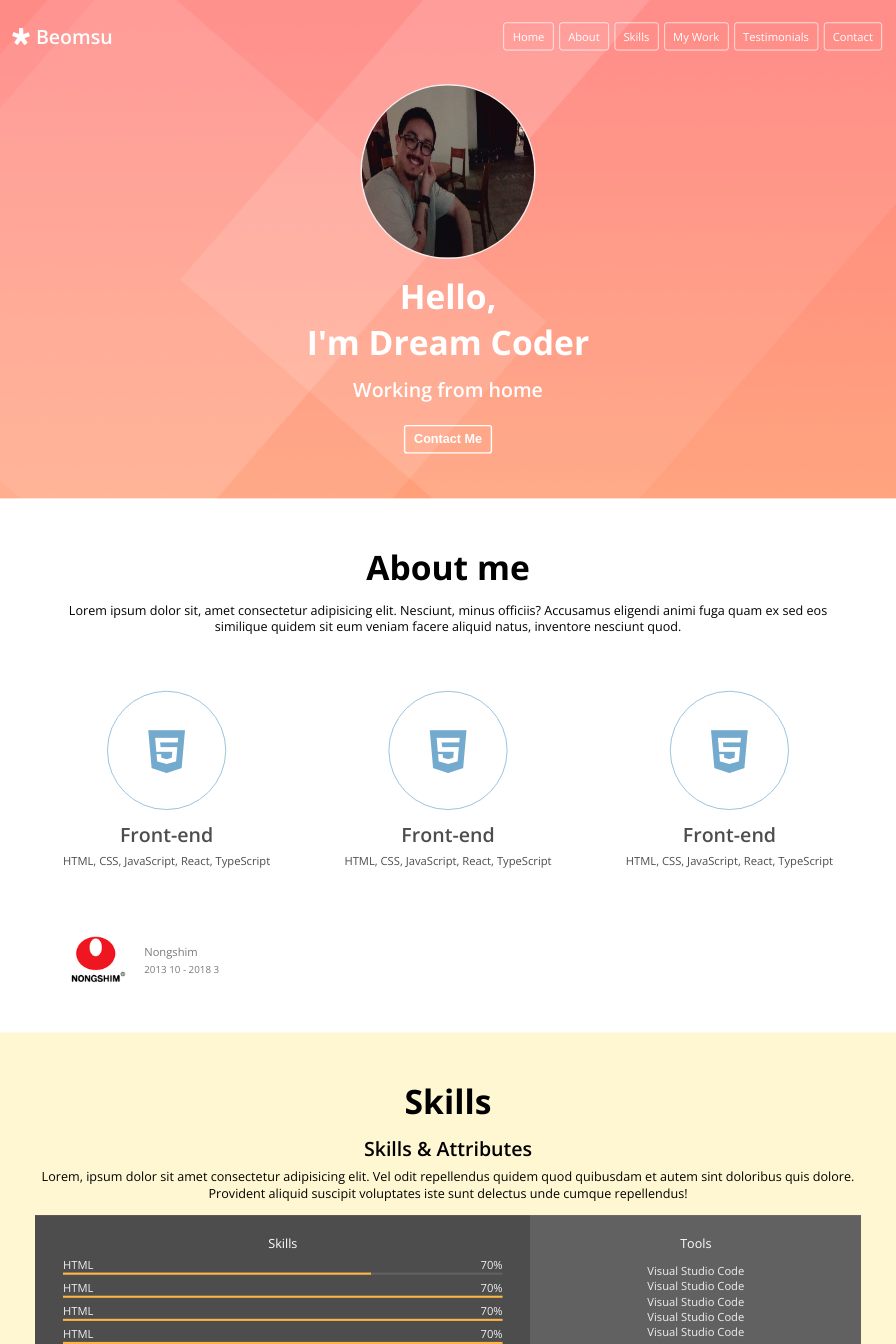
Repository: beomsu9696/Dream_Coding_Academy4
Page: index.html
These files come from the project's save history. The page is drawn as it stood at one moment and after the next save; the edit follows.
The browser window is 1280 px wide. The pictures show the part of the page from y = 0 to 1920 px (the page is 4082 px tall), at 70% of full size.
Some web libraries are served in a nearby version.

Above is the page before, as saved 2021-01-26 19:46:38.

### index.html
<!DOCTYPE html>
<html lang="en">
  <head>
    <meta charset="UTF-8" />
    <meta name="viewport" content="width=device-width, initial-scale=1.0" />
    <title>Portfolio</title>
    <meta name="description" content="Portfolio" />
    <meta name="author" content="Beomsu" />
    <link rel="icon" type="image/png" href="images/favicon.png" />
    <script
      src="https://kit.fontawesome.com/c90a48a564.js"
      crossorigin="anonymous"
    ></script>
    <link rel="preconnect" href="https://fonts.gstatic.com" />
    <link
      href="https://fonts.googleapis.com/css2?family=Open+Sans:wght@400;600;700&display=swap"
      rel="stylesheet"
    />
    <link rel="stylesheet" href="style.css" />
    <script src="main.js" defer></script>
  </head>
  <body>
    <!-- Navbar -->
    <nav id="navbar">
      <div class="navbar__logo">
        <i class="fab fa-diaspora"></i>
        <a href="#">Beomsu</a>
      </div>
      <ul class="navbar__menu">
        <li class="navbar__menu__item active" data-link="#home">Home</li>
        <li class="navbar__menu__item" data-link="#about">About</li>
        <li class="navbar__menu__item" data-link="#skills">Skills</li>
        <li class="navbar__menu__item" data-link="#work">My Work</li>
        <li class="navbar__menu__item" data-link="#testimonials">
          Testimonials
        </li>
        <li class="navbar__menu__item" data-link="#contact">Contact</li>
      </ul>
      <!-- Togglle button -->
      <button class="navbar__toggle-btn">
        <i class="fas fa-bars"></i>
      </button>
    </nav>
    <!-- Home -->
    <section id="home">
      <div class="home__container">
        <img
          src="images/profile.JPG"
          alt="Beomsu's profile photo"
          class="home__avatar"
        />
        <h1 class="home__title">Hello, <br />I'm Dream Coder</h1>
        <h2 class="home__description">Working from home</h2>
        <button class="home__contact">Contact Me</button>
      </div>
    </section>
    <!-- About -->
    <section id="about" class="section section__container">
      <h1>About me</h1>
      <p>
        Lorem ipsum dolor sit, amet consectetur adipisicing elit. Nesciunt,
        minus officiis? Accusamus eligendi animi fuga quam ex sed eos similique
        quidem sit eum veniam facere aliquid natus, inventore nesciunt quod.
      </p>
      <div class="about__majors">
        <div class="major">
          <div class="major__icon">
            <i class="fab fa-html5"></i>
          </div>
          <h2 class="major__title">Front-end</h2>
          <div class="major__description">
            HTML, CSS, JavaScript, React, TypeScript
          </div>
        </div>
        <div class="major">
          <div class="major__icon">
            <i class="fab fa-html5"></i>
          </div>
          <h2 class="major__title">Front-end</h2>
          <div class="major__description">
            HTML, CSS, JavaScript, React, TypeScript
          </div>
        </div>
        <div class="major">
          <div class="major__icon">
            <i class="fab fa-html5"></i>
          </div>
          <h2 class="major__title">Front-end</h2>
          <div class="major__description">
            HTML, CSS, JavaScript, React, TypeScript
          </div>
        </div>
      </div>
      <div class="about__jobs">
        <div class="job">
          <img
            src="images/jobs/logo-nongshim.png"
            alt="nongshim"
            class="job__logo"
          />
          <div class="job__description">
            <p class="job__name">Nongshim</p>
            <p class="job__period">2013 10 - 2018 3</p>
          </div>
        </div>
        <div class="job">
          <img src="" alt="" class="job__logo" />
          <div class="job__description">
            <p class="job__name"></p>
            <p class="job__period"></p>
          </div>
        </div>
      </div>
    </section>
    <!-- Skills -->
    <section id="skills" class="section">
      <div class="section__container">
        <h1>Skills</h1>
        <h2>Skills & Attributes</h2>
        <p>
          Lorem, ipsum dolor sit amet consectetur adipisicing elit. Vel odit
          repellendus quidem quod quibusdam et autem sint doloribus quis dolore.
          Provident aliquid suscipit voluptates iste sunt delectus unde cumque
          repellendus!
        </p>
        <div class="skillset">
          <div class="skillset__left">
            <h3 class="skillset__title">Skills</h3>
            <div class="skill">
              <div class="skill__description">
                <span>HTML</span>
                <span>70%</span>
              </div>
              <!-- <progress value="70" max="100"></progress> -->
              <div class="skill__bar">
                <div class="skill__value" style="width: 70%"></div>
              </div>
            </div>
            <div class="skill">
              <div class="skill__description">
                <span>HTML</span>
                <span>70%</span>
              </div>
              <div class="skill__bar">
                <div class="skill__value"></div>
              </div>
            </div>
            <div class="skill">
              <div class="skill__description">
                <span>HTML</span>
                <span>70%</span>
              </div>
              <div class="skill__bar">
                <div class="skill__value"></div>
              </div>
            </div>
            <div class="skill">
              <div class="skill__description">
                <span>HTML</span>
                <span>70%</span>
              </div>
              <div class="skill__bar">
                <div class="skill__value"></div>
              </div>
            </div>
            <div class="skill">
              <div class="skill__description">
                <span>HTML</span>
                <span>70%</span>
              </div>
              <div class="skill__bar">
                <div class="skill__value"></div>
              </div>
            </div>
          </div>
          <div class="skillset__right">
            <div class="tools">
              <h3 class="skillset__title">Tools</h3>
              <ul class="tools__list">
                <li><span>Visual Studio Code</span></li>
                <li><span>Visual Studio Code</span></li>
                <li><span>Visual Studio Code</span></li>
                <li><span>Visual Studio Code</span></li>
                <li><span>Visual Studio Code</span></li>
              </ul>
            </div>
            <div class="etc">
              <h3 class="skillset__title">Etc</h3>
              <ul class="etc__list">
                <li><span>Git</span></li>
                <li><span>Git</span></li>
                <li><span>Git</span></li>
              </ul>
            </div>
          </div>
        </div>
      </div>
    </section>
    <!-- Work -->
    <section id="work" class="section">
      <div class="section__container">
        <h1>My work</h1>
        <h3>Projects</h3>
        <div class="work__categories">
          <button class="category__btn active" data-filter="*">
            All <span class="category__count">8</span>
          </button>
          <button class="category__btn" data-filter="front-end1">
            Front-end <span class="category__count">1</span>
          </button>
          <button class="category__btn" data-filter="front-end2">
            Front-end <span class="category__count">1</span>
          </button>
          <button class="category__btn" data-filter="front-end3">
            Front-end <span class="category__count">1</span>
          </button>
        </div>
        <div class="work__projects">
          <a href="#" class="project" target="_blank" data-type="front-end1">
            <img
              class="project__img"
              src="images/projects/project1.png"
              alt="Project1"
            />
            <div class="project__description">
              <h3>Project</h3>
              <span>Clone coding with HTML and CSS</span>
            </div>
          </a>
          <a href="#" class="project" target="_blank" data-type="front-end2">
            <img
              class="project__img"
              src="images/projects/project2.png"
              alt="Project2"
            />
            <div class="project__description">
              <h3>Project</h3>
              <span>Clone coding with HTML and CSS</span>
            </div>
          </a>
          <a href="#" class="project" target="_blank" data-type="front-end3">
            <img
              class="project__img"
              src="images/projects/project3.png"
              alt="Project3"
            />
            <div class="project__description">
              <h3>Project</h3>
              <span>Clone coding with HTML and CSS</span>
            </div>
          </a>
          <a href="#" class="project" target="_blank">
            <img
              class="project__img"
              src="images/projects/project4.png"
              alt="Project4"
            />
            <div class="project__description">
              <h3>Project</h3>
              <span>Clone coding with HTML and CSS</span>
            </div>
          </a>
          <a href="#" class="project" target="_blank">
            <img
              class="project__img"
              src="images/projects/project5.png"
              alt="Project5"
            />
            <div class="project__description">
              <h3>Project</h3>
              <span>Clone coding with HTML and CSS</span>
            </div>
          </a>
          <a href="#" class="project" target="_blank">
            <img
              class="project__img"
              src="images/projects/project6.png"
              alt="Project6"
            />
            <div class="project__description">
              <h3>Project</h3>
              <span>Clone coding with HTML and CSS</span>
            </div>
          </a>
          <a href="#" class="project" target="_blank">
            <img
              class="project__img"
              src="images/projects/project7.png"
              alt="Project7"
            />
            <div class="project__description">
              <h3>Project</h3>
              <span>Clone coding with HTML and CSS</span>
            </div>
          </a>
          <a href="#" class="project" target="_blank">
            <img
              class="project__img"
              src="images/projects/project8.png"
              alt="Project8"
            />
            <div class="project__description">
              <h3>Project</h3>
              <span>Clone coding with HTML and CSS</span>
            </div>
          </a>
        </div>
      </div>
    </section>
    <!-- Testimonials -->
    <section id="testimonials" class="section">
      <div class="section__container">
        <h1>Testimonials</h1>
        <h3>See what they say about me</h3>
        <div class="testimonials">
          <div class="testimonial">
            <img
              src="images/people1.jpg"
              alt="People"
              class="testimonial__avatar"
            />
            <div class="testimonial__speech-bubble">
              <p>
                Lorem ipsum dolor sit amet consectetur adipisicing elit.
                Corporis sequi mollitia odit commodi, neque illo. Voluptatum
                possimus illum qui dolores optio porro ipsa doloribus atque
                tenetur voluptas, distinctio nulla sit?
              </p>
              <p class="name"><a href="#">Man</a>Google</p>
            </div>
          </div>
          <div class="testimonial">
            <div class="testimonial__speech-bubble">
              <p>
                Lorem ipsum dolor sit amet consectetur adipisicing elit.
                Corporis sequi mollitia odit commodi, neque illo. Voluptatum
                possimus illum qui dolores optio porro ipsa doloribus atque
                tenetur voluptas, distinctio nulla sit?
              </p>
              <p class="name"><a href="#">Man</a>Google</p>
            </div>
            <img
              src="images/people1.jpg"
              alt="People"
              class="testimonial__avatar"
            />
          </div>
        </div>
      </div>
    </section>
    <!-- Contact -->
    <section id="contact" class="section">
      <h1 class="contact__title">Let's talk</h1>
      <h2 class="contact__email">dream.coder.ellie@gmail.com</h2>
      <div class="contact__links">
        <a href="#" target="_blank">
          <i class="fab fa-github"></i>
        </a>
        <a href="#" target="_blank">
          <i class="fab fa-linkedin"></i>
        </a>
      </div>
      <p class="contact__rights">
        2021 Dream Coding Ellie - All rights reserved
      </p>
    </section>
    <!-- Arrow up -->
    <button class="arrow-up">
      <i class="fa fa-arrow-up"></i>
    </button>
  </body>
</html>

### style.css
/* Universal tags */
* {
  box-sizing: border-box;
}

body {
  margin: 0;
  font-family: "Open Sans", sans-serif;
  cursor: default;
}

a {
  text-decoration: none;
  color: var(--color-white);
}

ul {
  list-style: none;
  padding-left: 0;
}

button {
  outline: none;
  background-color: transparent;
  cursor: pointer;
  border: none;
}

/* Global */
:root {
  /* Color */
  --color-white: #ffffff;
  --color-light-white: #eeeeee;
  --color-dark-white: #bdbdbd;
  --color-pink: #fe918d;
  --color-dark-pink: #ff6863;
  --color-dark-grey: #4d4d4d;
  --color-grey: #616161;
  --color-light-grey: #7c7979;
  --color-blue: #73aace;
  --color-yellow: #fff7d1;
  --color-orange: #feb546;
  --color-black: #000000;

  /* Font size */
  --font-large: 48px;
  --font-medium: 28px;
  --font-regular: 18px;
  --font-small: 16px;
  --font-micro: 14px;

  /* Font weight */
  --weight-bold: 700;
  --weight-semi-bold: 600;
  --weight-regular: 400;

  /* Size */
  --size-border-radius: 4px;

  /* Animation */
  --animation-duration: 300ms;
}

/* Typography */

h1 {
  font-size: var(--font-large);
  font-weight: var(--weight-bold);
  color: var(--color-black);
  margin: 16px 0px;
}

h2 {
  font-size: var(--font-medium);
  font-weight: var(--weight-semi-bold);
  color: var(--color-black);
  margin: 8px 0;
}

h3 {
  font-size: var(--font-regular);
  font-weight: var(--weight-regular);
  color: var(--color-black);
  margin: 8px 0;
}

p {
  font-size: var(--font-regular);
  font-weight: var(--weight-regular);
  color: var(--color-black);
  margin: 4px 0;
}

/* Navbar */
#navbar {
  position: fixed;
  width: 100%;
  display: flex;
  justify-content: space-between;
  align-items: center;
  color: var(--color-white);
  padding: 16px;
  background-color: transparent;
  transition: all var(--animation-duration) ease-in-out;
  z-index: 1;
}

#navbar.navbar--dark {
  background-color: var(--color-pink);
  padding: 8px;
}

.navbar__menu {
  display: flex;
}

.navbar__logo {
  font-size: var(--font-medium);
  font-weight: var(--weight-semi-bold);
}

.navbar__menu__item {
  padding: 8px 12px;
  margin: 0 4px;
  cursor: pointer;
  border-radius: var(--size-border-radius);
  border: 1px solid var(--color-white);
}

.navbar__menu__item.active {
  border: 1px solid var(--color-white);
}

.navbar__menu__item:hover {
  background-color: var(--color-dark-pink);
}

.navbar__toggle-btn {
  position: absolute;
  top: 24px;
  right: 32px;
  font-size: 24px;
  color: var(--color-white);
  display: none;
}

/* Home */
#home {
  background: center/cover no-repeat url(images/homebackground.png);
  padding: 40px;
  padding-top: 120px;
  text-align: center;
}

.home__avatar {
  width: 250px;
  height: 250px;
  border-radius: 50%;
  border: 2px solid var(--color-light-white);
}

.home__title,
.home__description {
  color: var(--color-white);
}

.home__contact {
  color: var(--color-white);
  font-size: var(--font-regular);
  font-weight: var(--weight-bold);
  margin: 24px;
  padding: 8px 12px;
  border: 2px solid var(--color-white);
  border-radius: var(--size-border-radius);
}

/* Section common */
.section {
  text-align: center;
  padding: 50px;
  margin: auto;
}

.section__container {
  max-width: 1200px;
  margin: auto;
}
/* About */
.about__majors {
  display: flex;
  justify-content: space-between;
  margin: 80px 0;
}

.major__icon {
  width: 170px;
  height: 170px;
  line-height: 170px;
  font-size: 70px;
  margin: auto;
  color: var(--color-blue);
  border: 1px solid var(--color-blue);
  border-radius: 50%;
  margin-bottom: 16px;
}

.major__icon i {
  transition: all var(--animation-duration) ease;
}

.major__icon:hover i {
  color: var(--color-pink);
  transform: rotate(-30deg) scale(1.1);
}

.major__title,
.major__description {
  color: var(--color-dark-grey);
}

.major__description {
  font-size: var(--font-small);
}

.job {
  display: flex;
  align-items: center;
}

.job__description {
  margin: 0 16px;
  text-align: left;
}

.job__name,
.job__period {
  color: var(--color-light-grey);
}

.job__name {
  font-size: var(--font-small);
}

.job__period {
  font-size: var(--font-micro);
}

/* Skill */
#skills {
  background-color: var(--color-yellow);
}

.skillset {
  display: flex;
  background-color: var(--color-light-grey);
  color: var(--color-light-white);
  margin: 20px 0;
}

.skillset__title {
  color: var(--color-white);
}

.skillset__left {
  flex-basis: 60%;
  background-color: var(--color-dark-grey);
  padding: 20px 40px;
}

.skill {
  margin-bottom: 8px;
}

.skill__description {
  display: flex;
  justify-content: space-between;
}

.skill__bar {
  width: 100%;
  height: 3px;
  background-color: var(--color-grey);
}

.skill__value {
  width: 100%;
  height: 3px;
  background-color: var(--color-orange);
}

.skillset__right {
  flex-basis: 40%;
}

.tools {
  background-color: var(--color-grey);
}

.tools,
.etc {
  padding: 20px;
}

/* Work */
.work__categories {
  margin: 40px;
}

.category__btn {
  border: 1px solid var(--color-dark-white);
  border-radius: var(--size-border-radius);
  font-size: var(--font-regular);
  padding: 8px 48px;
}

.category__btn.active,
.category__btn:hover {
  background-color: var(--color-pink);
  color: var(--color-white);
}

.category__btn.active .category__count,
.category__btn:hover .category__count {
  opacity: 1;
  top: 0;
}

.category__count {
  background-color: var(--color-orange);
  border-radius: 50%;
  color: var(--color-white);
  width: 24px;
  height: 24px;
  line-height: 24px;
  display: inline-block;
  position: relative;
  top: -20px;
  left: 4px;
  opacity: 0;
  transition: all var(--animation-duration) ease-in;
}

.work__projects {
  display: flex;
  flex-wrap: wrap;
  justify-content: center;
  opacity: 1;
  transition: all var(--animation-duration) ease-out;
}

.work__projects.anim-out {
  opacity: 0.6;
  transform: scale(0.96) translateY(40px);
}

.project {
  position: relative;
  display: flex;
  justify-content: center;
  align-items: center;
  width: 280px;
  height: 250px;
  margin: 2px;
  background-color: var(--color-light-white);
}

.project.invisible {
  display: none;
}

.project__img {
  max-width: 100%;
  max-height: 100%;
}

.project__description {
  position: absolute;
  background-color: black;
  display: flex;
  flex-direction: column;
  justify-content: center;
  width: 100%;
  height: 100%;
  top: 0;
  left: 0;
  opacity: 0;
  transform: translateY(10px);
  transition: all var(--animation-duration) ease-in;
}

.project:hover .project__description {
  transform: translateY(0px);
  opacity: 0.8;
}

.project__description h3 {
  color: var(--color-white);
}

.project__description h3:after {
  content: "";
  display: block;
  position: relative;
  left: 50%;
  width: 25px;
  height: 2px;
  margin-left: -12px;
  margin-top: 8px;
  background-color: var(--color-dark-white);
}

/* Testimonial */
#testimonials {
  background-color: var(--color-light-white);
}

.testimonials {
  margin: 40px;
}

.testimonial {
  display: flex;
  margin: 32px 0;
}

.testimonial__avatar {
  width: 150px;
  height: 150px;
  border-radius: 50%;
}

.testimonial__avatar:nth-child(odd) {
  margin-right: 40px;
}
.testimonial__avatar:nth-child(even) {
  margin-left: 40px;
}

.testimonial__speech-bubble {
  padding: 18px;
  background-color: var(--color-white);
  border-radius: var(--size-border-radius);
}

.testimonial__speech-bubble p {
  color: var(--color-light-grey);
}

.testimonial__speech-bubble a {
  color: var(--color-pink);
}

/* Contact */
#contact {
  background-color: var(--color-pink);
}

.contact__title,
.contact__email,
.contact__rights {
  color: var(--color-white);
}

.contact__title {
  margin: 32px 0;
}

.contact__links {
  font-size: var(--font-large);
  margin: 24px 0;
}

.contact__links i {
  transition: all var(--animation-duration) ease-in;
}

.contact__links i:hover {
  transform: scale(1.1);
  color: var(--color-yellow);
}

/* Scroll */
.arrow-up {
  position: fixed;
  bottom: 50px;
  right: 50px;
  font-size: 50px;
  width: 70px;
  height: 70px;
  background-color: var(--color-pink);
  color: var(--color-white);
  border-radius: 50%;
  opacity: 0;
  transition: all 300ms ease-in;
  pointer-events: none;
}

.arrow-up.visible {
  opacity: 1;
  pointer-events: auto;
}

/* For below 768px screen width */
@media screen and (max-width: 768px) {
  .navbar__toggle-btn {
    display: block;
  }

  #navbar {
    flex-direction: column;
    align-items: flex-start;
  }

  .navbar__menu {
    flex-direction: column;
    text-align: center;
    width: 100%;
    display: none;
  }

  .about__majors {
    flex-direction: column;
  }

  .major {
    margin-bottom: 38px;
  }

  .skillset {
    flex-direction: column;
  }

  .project {
    flex-grow: 1;
  }
  .testmonial__avatar {
    width: 80px;
    height: 80px;
  }
}
/* For below 970px screen width */
@media screen and (max-width: 970px) {
  .work__categories {
    display: flex;
    flex-direction: column;
  }

  .category__btn:nth-child(even),
  .category__btn:nth-child(3) {
    margin-top: 4px;
  }
}

Loaded but not shown: main.js (78 lines, source omitted)

After the next save:
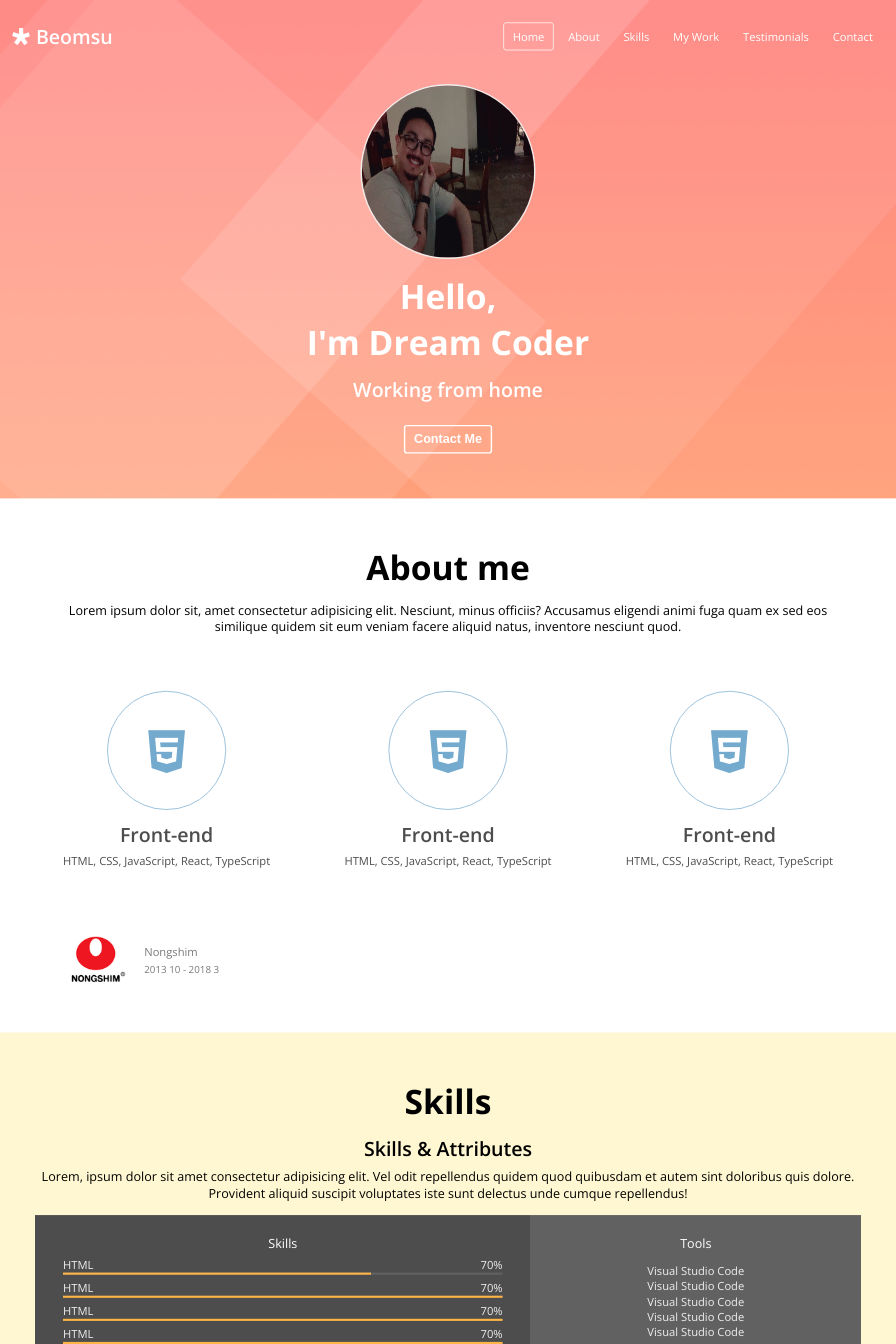
Saved 5 s later.
--- a/style.css
+++ b/style.css
@@ -124,7 +124,7 @@
   margin: 0 4px;
   cursor: pointer;
   border-radius: var(--size-border-radius);
-  border: 1px solid var(--color-white);
+  border: 1px solid transparent;
 }
 
 .navbar__menu__item.active {
